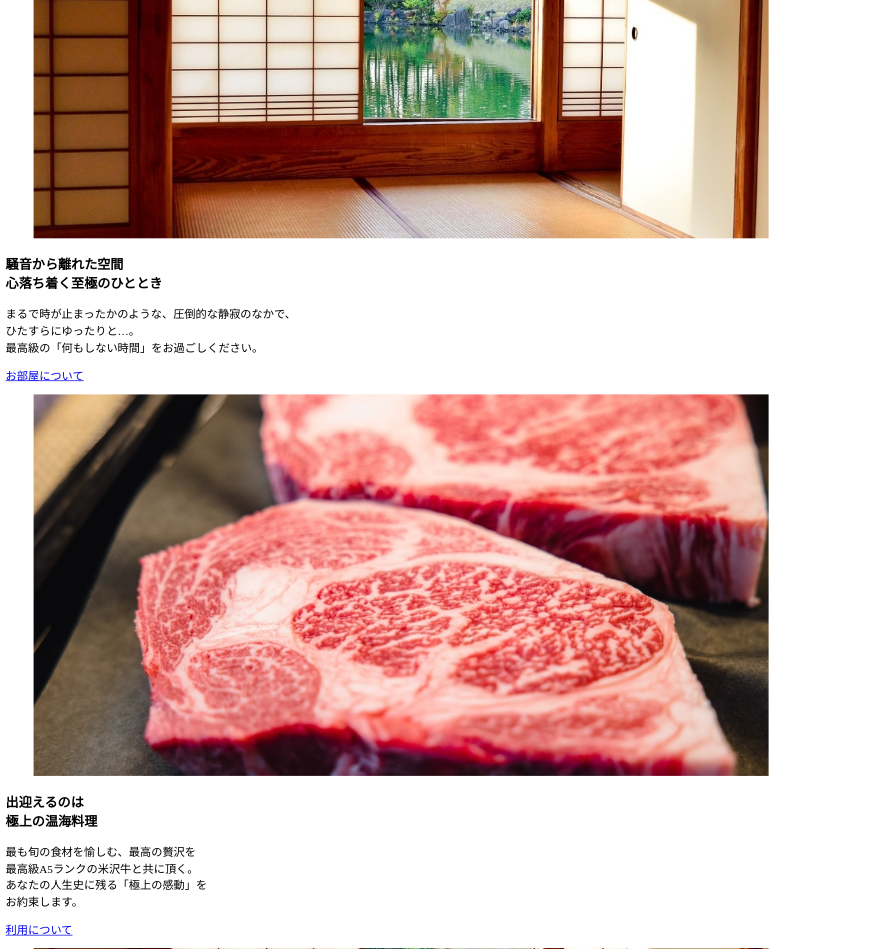
Repository: yuukiyokoyama/compex1
Page: index.html
These files come from the project's save history. The page is drawn as it stood at one moment and after the next save; the edit follows.
The browser window is 1280 px wide. The pictures show the part of the page from y = 1229 to 3149 px (the page is 2584 px tall before and 3149 px after), at 70% of full size.

Above is the page before, as saved 2021-09-17 00:16:32.

### index.html
<!DOCTYPE html>
<html lang="ja">
  <head>
    <meta charset="UTF-8" />
    <meta http-equiv="X-UA-Compatible" content="IE=edge" />
    <meta name="viewport" content="width=device-width, initial-scale=1.0" />
    <title>Document</title>
  </head>
  <body data-aos-easing="ease" data-aos-duration="400" data-aos-delay="0">
    <div id="fv">
      <div class="fv__img" style="background-image: url(images/mainbg01.jpg)"></div>
      <div class="fv__img" style="background-image: url(images/mainbg02.jpg)"></div>
      <div class="fv__img" style="background-image: url(images/mainbg03.jpg)"></div>

      <header>
        <div class="header__inner">
          <div class="header__inner--left">
            <h1 class="header_site-title">
              <a href="#">石井花壇</a>
            </h1>
            <div class="header__menu">
              <nav>
                <ul class="header__list">
                  <li class="header__list-item">
                    <a href="room.html">お部屋</a>
                  </li>
                  <li class="header__list-item">
                    <a href="cuisine.html">お料理</a>
                  </li>
                  <li class="header__list-item">
                    <a href="hot-spring.html">温泉</a>
                  </li>
                </ul>
              </nav>
            </div>
            <!-- header__menu -->
          </div>
          <!-- header__inner--left -->
          <div class="header__inner--right">
            <button class="header__reservation">宿泊予約</button>
            <button class="burger_btn">
              <span class="bars">
                <span class="bar bar_top"></span>
                <span class="bar baar_mid"></span>
                <span class="bar bar_bottom"></span>
              </span>
            </button>
          </div>
          <!-- header__inner--right -->
          <!-- モーダルエリアここから -->
          <section id="modalArea" class="modalArea">
            <div id="modalBg" class="modalBg"></div>
            <div class="modalWrapper">
              <form class="modalContents">
                <h2 class="modalAria__title">宿泊予約</h2>
                <dl class="form__body">
                  <dt>
                    <label for="name">お名前</label>
                  </dt>
                  <dd class="form_text">
                    <input type="text" name="name" id="name" placeholder="例：石井正悟" />
                  </dd>
                </dl>
                <dl class="form__body">
                  <dt><label for="mail-address"></label> メールアドレス</dt>
                  <dd class="form_text">
                    <input
                      type="text"
                      name="mail-address"
                      id="mail-address"
                      placeholder="例：Example@example.com"
                    />
                  </dd>
                </dl>
                <dl class="form__body">
                  <dt>
                    <label for="desired-plan"
                      >ご希望プラン（空いているプランのみ表示されます）</label
                    >
                  </dt>
                  <dd class="form__text">
                    <select name="desired-plan" id="desired-plan">
                      <option value="hidden">プランを選択してください</option>
                      <option value="limited-time">
                        【期間限定】海辺の四季旬彩、贅沢美味懐石プラン
                      </option>
                      <option value="weekday-plan">平日に優雅に楽しむ、特別宿泊プラン</option>
                      <option value="family-plan">
                        絶景貸切露天と個室会席を満喫できるファミリープラン
                      </option>
                    </select>
                  </dd>
                </dl>
                <dl class="form__body">
                  <dt><label for="date-select">日時選択</label></dt>
                  <dd class="form__text">
                    <input
                      type="text"
                      class="flatpickr flatpickr-input"
                      placeholder="日時を選択してください"
                      readonly="readonly"
                    />
                  </dd>
                </dl>
                <input type="submit" class="form__submit-btn" value="送信する" />
                <div id="closeModal" class="closeModal">×</div>
              </form>
            </div>
          </section>
        </div>
        <!-- header__inner -->
      </header>
      <div class="copy">頑張る人の<br />頑張らない時間</div>
    </div>
    <!-- fv -->
    <main>
      <article>
        <section class="preface">
          <div class="section__wrapper">
            <div
              class="preface__body aos-init aos-animate"
              data-aos="fade-up"
              data-aos-duration="2000"
            >
              <h2 class="preface_title">
                温海温泉の<br />
                美しさに癒されて<br />
              </h2>
              <p class="preface_text">
                東北の奥座敷である温海温泉泉卿<br />
                開湯は約1300年前とされ、役小角が<br />
                発見したと伝えられます
              </p>
              <p class="preface__text">
                石井花壇は江戸より続く由緒ある旅館で<br />
                クラシックな作りの中に大正ロマンあふれる<br />
                内装を残しております
              </p>
              <p class="preface_text">
                圧倒的癒しの空間で<br />
                頑張る現代人に<br />
                頑張らない圧倒的な非日常をご提供します
              </p>
              <p class="preface__name">石井花壇</p>
            </div>
            <!-- preface__body -->
          </div>
        </section>
        <section class="contents">
          <div class="contents__box">
            <figure
              class="contents__img-wrapper aos-init aos-animate"
              data-aos="fade-up"
              data-aos-duration="2000"
            >
              <img src="images/oheya-top.jpg" alt="お部屋" />
            </figure>
            <div
              class="contents__body aos-init aos-animate"
              data-aos="fade-up"
              data-aos-duration="2000"
            >
              <h3 class="contents__title">
                騒音から離れた空間<br />
                心落ち着く至極のひととき
              </h3>
              <p class="contents_text">
                まるで時が止まったかのような、圧倒的な静寂のなかで、<br />
                ひたすらにゆったりと…。<br />
                最高級の「何もしない時間」をお過ごしください。
              </p>
              <a class="coontents__btn" href="room.html">お部屋について</a>
            </div>
            <!-- contents__body -->
          </div>
          <!-- contents__box -->
          <div class="contents__box contents--reverse">
            <figure
              class="contents__img-wrapper--reverse aos-init aos-animate"
              data-aos="fade-up"
              data-duration="2000"
            >
              <img src="images/menu-top.jpg" alt="料理について" />
            </figure>
            <div
              class="contents__body contents__body--reveerse aos-init aos-animate"
              data-aos="fade-up"
              data-aos-duration="2000"
            >
              <h3 class="contents__title">
                出迎えるのは<br />
                極上の温海料理
              </h3>
              <p class="contents__text">
                最も旬の食材を愉しむ、最高の贅沢を<br />
                最高級A5ランクの米沢牛と共に頂く。<br />
                あなたの人生史に残る「極上の感動」を<br />
                お約束します。
              </p>
              <a href="cuisine.html" class="contents__btn">利用について</a>
            </div>
            <!-- contents__body contents__body--reverse -->
          </div>
          <!-- contents__box contents--reverse -->
          <div class="contents__box">
            <figure
              class="contents__img-wrapper aos-init"
              data-aos="fade-up"
              data-aos-duration="2000"
            ></figure>
          </div>
        </section>
        <section class="lodging-plan"></section>
        <section class="news"></section>
        <section class="access"></section>
      </article>
    </main>
  </body>
</html>

After the next save:
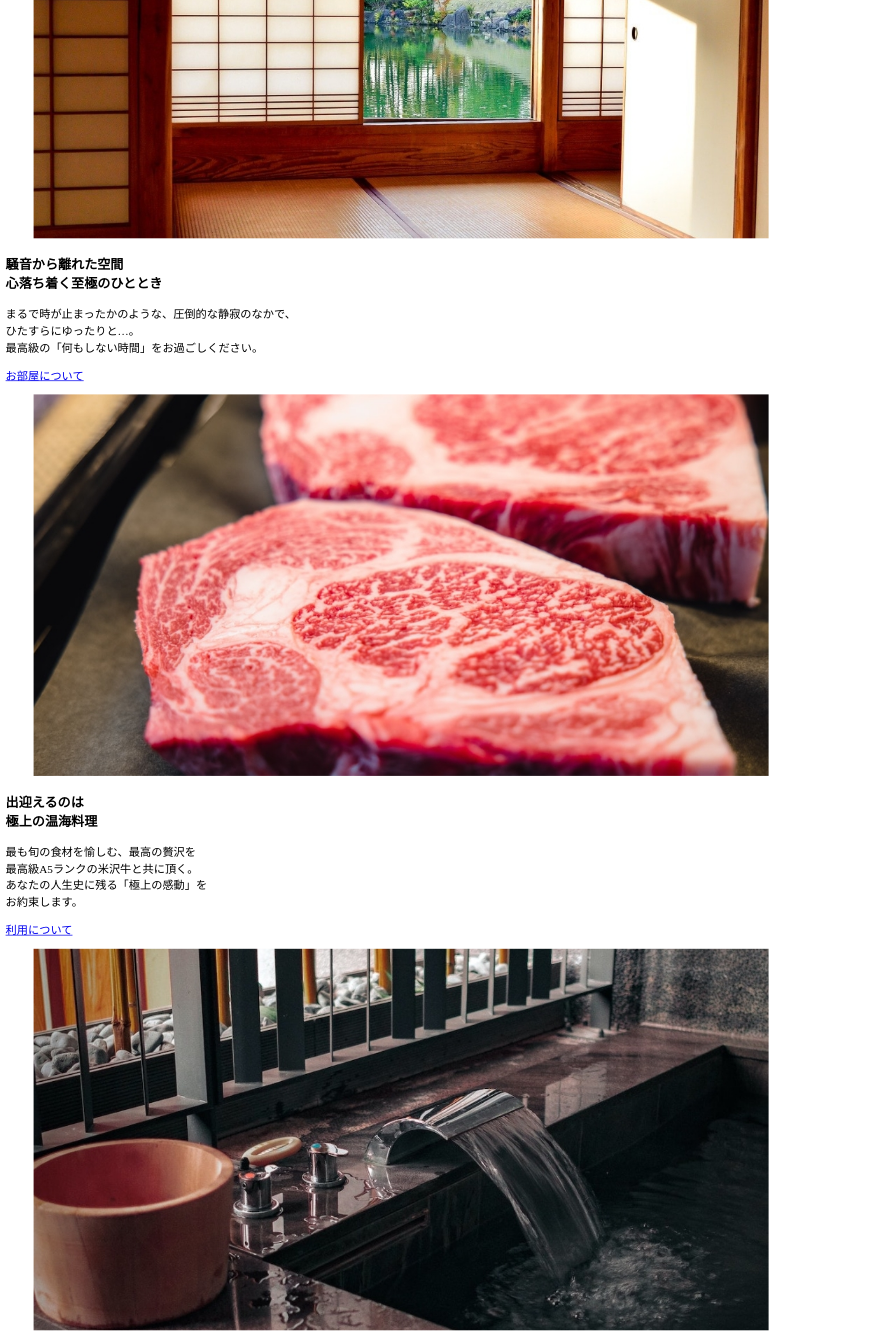
Saved 2 min 30 s later.
--- a/index.html
+++ b/index.html
@@ -207,7 +207,14 @@
               class="contents__img-wrapper aos-init"
               data-aos="fade-up"
               data-aos-duration="2000"
-            ></figure>
+            >
+              <img src="onsen-top.jpg" alt="お部屋について" />
+            </figure>
+            <div
+              class="contents__body aos-init aos-animation"
+              data-aos="fade-up"
+              data-aos-duration="2000"
+            ></div>
           </div>
         </section>
         <section class="lodging-plan"></section>
